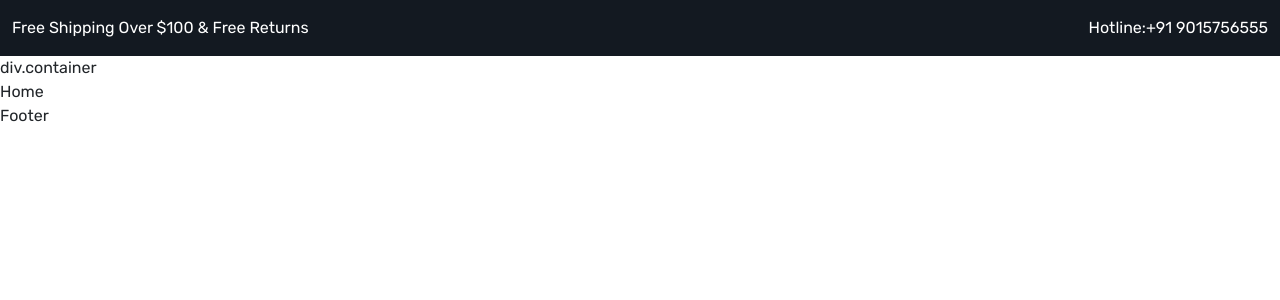
Repository: anamikatomar21/demo
Page: /
The author's editor kept a copy of each file at every save. The page is drawn from the files as they stood at one save, then again after a run of saves.
The browser window is 1280 px wide. The pictures show the whole page.
The project was rebuilt for these pictures with package versions that can differ from the ones it lists, and the page was loaded fresh each time. Also part of the build but not shown: src/pages/About.js, src/pages/Contact.js.

Above is the page before, as saved 2023-05-13 13:25:12.

### public/index.html
<!DOCTYPE html>
<html lang="en">
  <head>
    <meta charset="utf-8" />
    <link rel="icon" href="%PUBLIC_URL%/favicon.ico" />
    <meta name="viewport" content="width=device-width, initial-scale=1" />
    <meta name="theme-color" content="#000000" />
    <meta
      name="description"
      content="Web site created using create-react-app"
    />
    <link rel="apple-touch-icon" href="%PUBLIC_URL%/logo192.png" />
    <link
      href="https://cdn.jsdelivr.net/npm/bootstrap@5.0.2/dist/css/bootstrap.min.css"
      rel="stylesheet"
      integrity="sha384-EVSTQN3/azprG1Anm3QDgpJLIm9Nao0Yz1ztcQTwFspd3yD65VohhpuuCOmLASjC"
      crossorigin="anonymous"
    />
    <link rel="manifest" href="%PUBLIC_URL%/manifest.json" />
    <link rel="preconnect" href="https://fonts.googleapis.com" />
    <link rel="preconnect" href="https://fonts.gstatic.com" crossorigin />
    <link
      href="https://fonts.googleapis.com/css2?family=Rubik:ital,wght@0,300;0,400;0,500;0,800;1,600&display=swap"
      rel="stylesheet"
    />
    <title>Ecommerce App</title>
  </head>
  <body>
    <noscript>You need to enable JavaScript to run this app.</noscript>
    <div id="root"></div>
    <script
      src="https://cdn.jsdelivr.net/npm/bootstrap@5.0.2/dist/js/bootstrap.bundle.min.js"
      integrity="sha384-MrcW6ZMFYlzcLA8Nl+NtUVF0sA7MsXsP1UyJoMp4YLEuNSfAP+JcXn/tWtIaxVXM"
      crossorigin="anonymous"
    ></script>
  </body>
</html>

### src/App.js
import React from "react";
import { BrowserRouter, Routes, Route } from "react-router-dom";
import "./App.css";
import Layout from "./components/Layout";
import Home from "./pages/Home";
import About from "./pages/About";
import Contact from "./pages/Contact";

function App() {
  return (
    <>
      <BrowserRouter>
        <Routes>
          <Route path="/" element={<Layout />}>
            <Route index element={<Home />} />
            <Route path="about" element={<About />} />
            <Route path="contact" element={<Contact />} />
          </Route>
        </Routes>
      </BrowserRouter>
    </>
  );
}

export default App;

### src/App.css
* {
  margin: 0;
  padding: 0;
  box-sizing: border-box;
}

:root {
  --color-131921: #131921;
  --color-3b4149: #3b4149;
}
body {
  font-family: "Rubik", sans-serif;
}

a {
  text-decoration: none;
  display: inline-block;
}

/* Header Part */

.header-top-strip {
  background-color: var(--color-131921);
}

/* Header Part End Here*/

### src/components/Layout.js
import React from "react";
import { Outlet } from "react-router-dom";
import Footer from "./Footer";
import Header from "./Header";

const Layout = () => {
  return (
    <>
      <Header />
      <Outlet />
      <Footer />
    </>
  );
};

export default Layout;

### src/components/Header.js
import React from "react";
import { NavLink, Link } from "react-router-dom";

const Header = () => {
  return (
    <>
      <header className="header-top-strip py-3">
        <div className="container-xxl">
          <div className="row">
            <div className="col-6">
              <p className="text-white mb-0">
                Free Shipping Over $100 & Free Returns
              </p>
            </div>
            <div className="col-6">
              <p className="text-end text-white mb-0">
                Hotline:
                <a href="tel:+91 9015756555" className="text-white">
                  +91 9015756555
                </a>
              </p>
            </div>
          </div>
        </div>
      </header>

      <header>
        div.container


      </header>
    </>
  );
};

export default Header;

Loaded but not shown: src/index.js (common file); src/pages/Home.js (common file); src/components/Footer.js (common file)

After the next 2 saves:
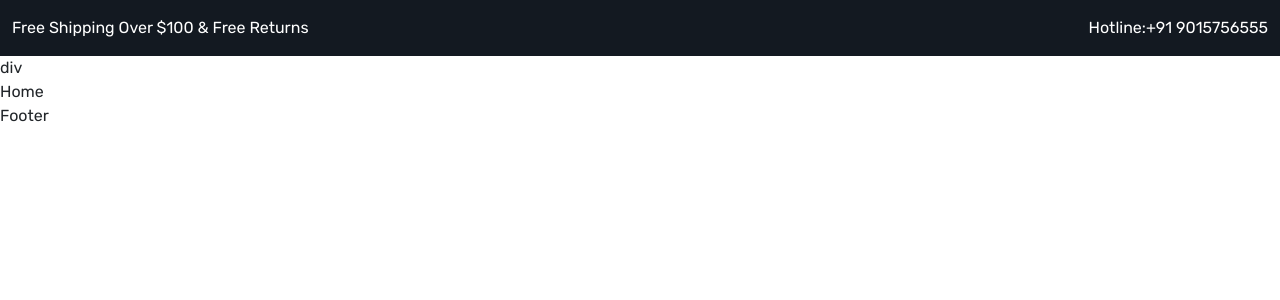
The 2 saves are shown as one change because they came seconds apart.
The last was saved 23 s later.
--- a/src/components/Header.js
+++ b/src/components/Header.js
@@ -25,8 +25,7 @@
       </header>
 
       <header>
-        div.container
-
+     div
 
       </header>
     </>
